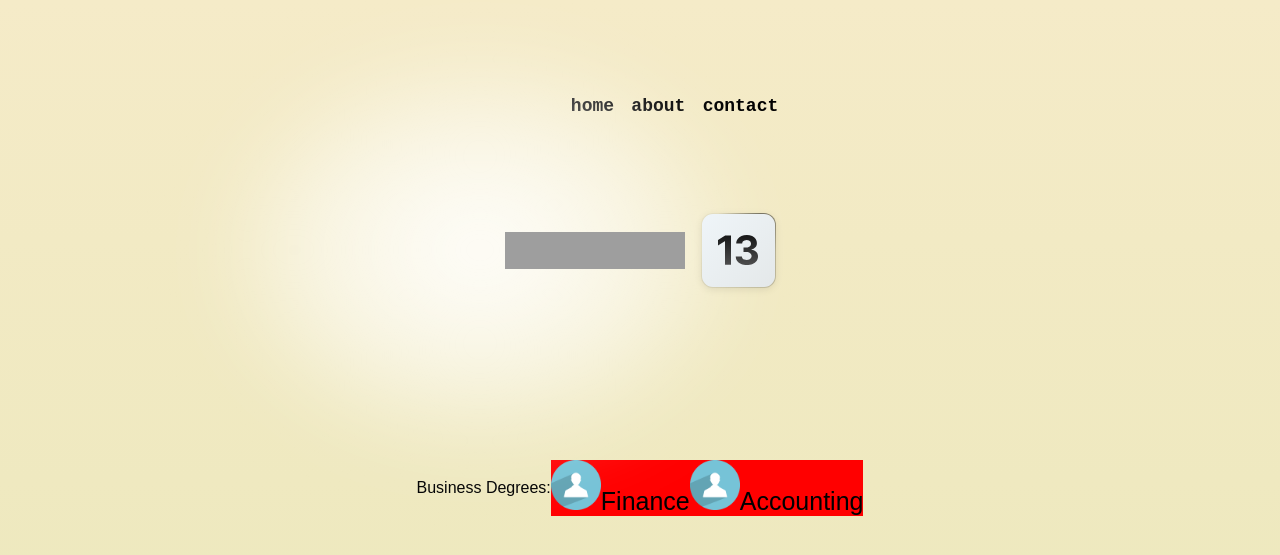
Repository: cheungglenda/MDIA2109-Week3
Page: /
These files come from the project's save history. The page is drawn as it stood at one moment and after the next save; the edit follows.
The browser window is 1280 px wide. The pictures show the whole page.
Pictures or frames that could not be fetched are drawn as grey boxes. The project was rebuilt for these pictures with package versions that can differ from the ones it lists, and the page was loaded fresh each time. The framework's server and built-in components were replaced by stand-ins that run in the browser. Also part of the build but not shown: next.config.js.

Above is the page before, as saved 2023-01-20 13:23:46.

After the next save:
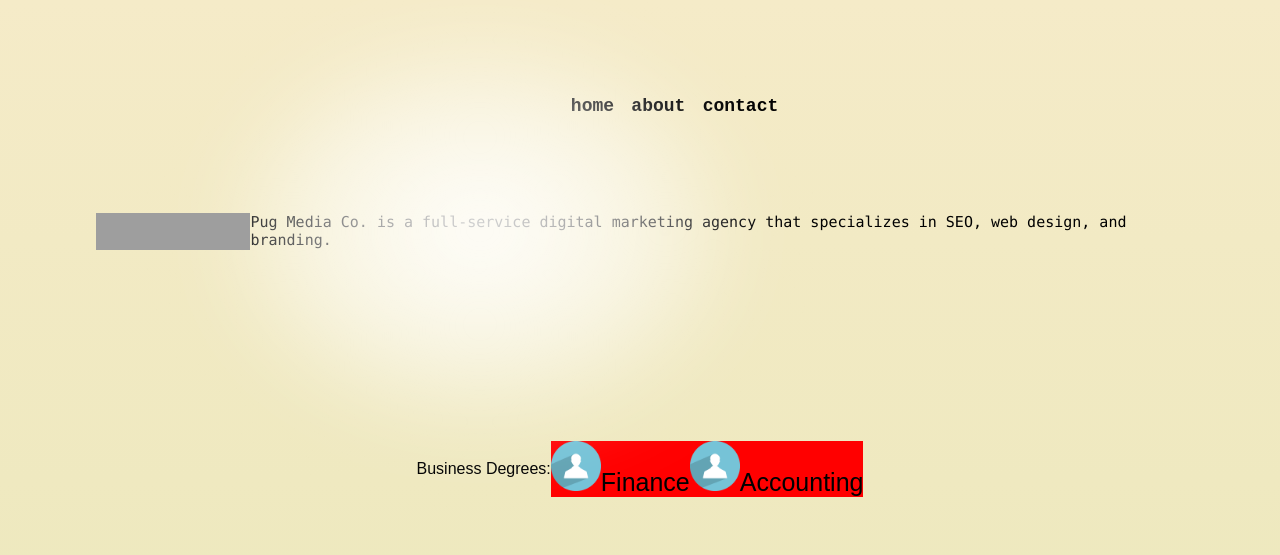
Saved 65 s later.
--- a/pages/index.js
+++ b/pages/index.js
@@ -39,14 +39,8 @@ export default function Home() {
             height={37}
             priority
           />
-          <div className={styles.thirteen}>
-            <Image
-              src="/thirteen.svg"
-              alt="13"
-              width={40}
-              height={31}
-              priority
-            />
+          <div className={styles.description}>
+            Pug Media Co. is a full-service digital marketing agency that specializes in SEO, web design, and branding.
           </div>
         </div>
 
